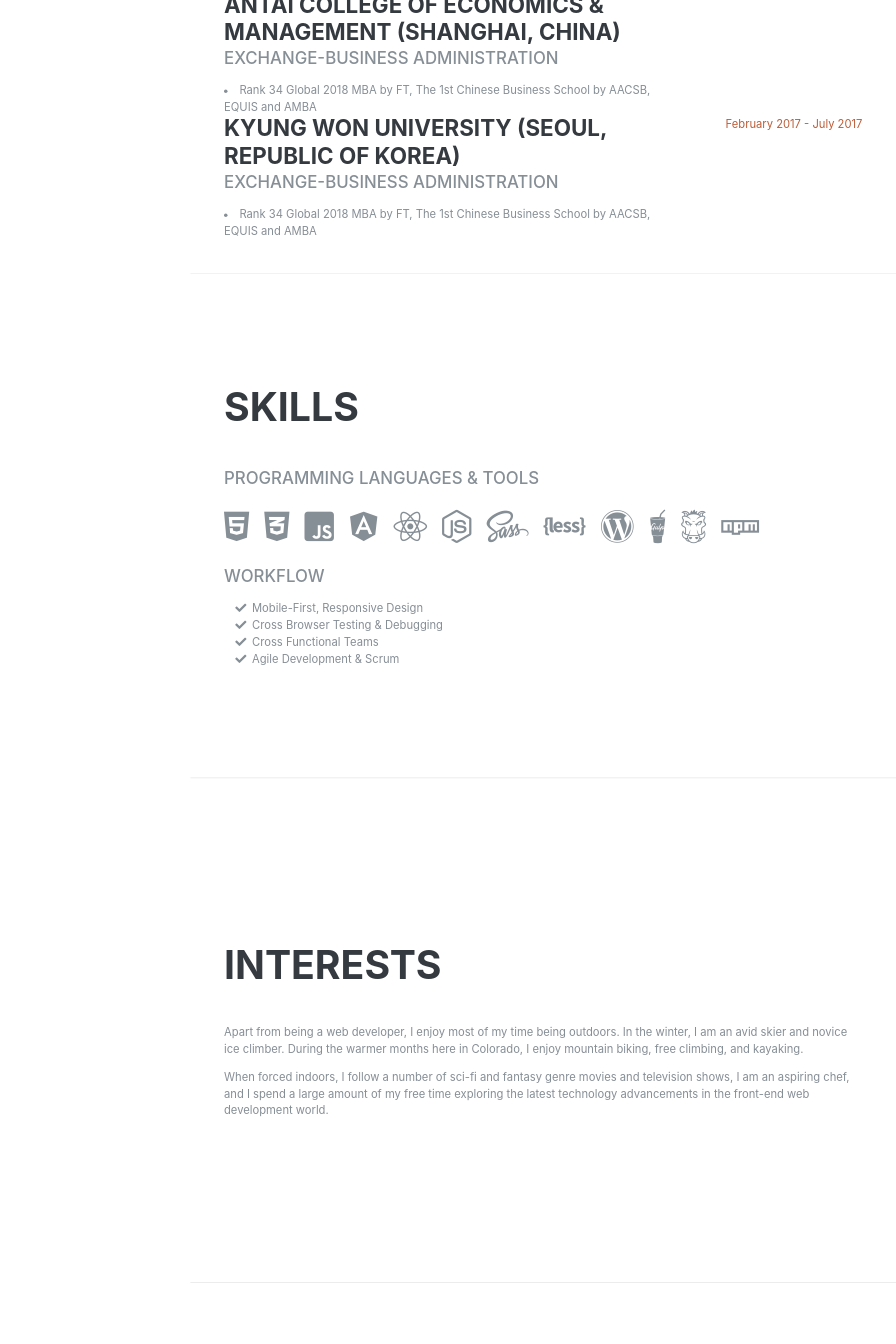
Repository: BeenOH/OHBIN.github.io
Page: index.html
The author's editor kept a record of every edit. The page is drawn from the files as they stood at one moment, then again after the next edit.
The browser window is 1280 px wide. The pictures show the part of the page from y = 2647 to 4567 px (the page is 5200 px tall before and 5260 px after), at 70% of full size.
Some web fonts or font styles are not loaded; a fallback is used.

Above is the page before.

After the next edit:
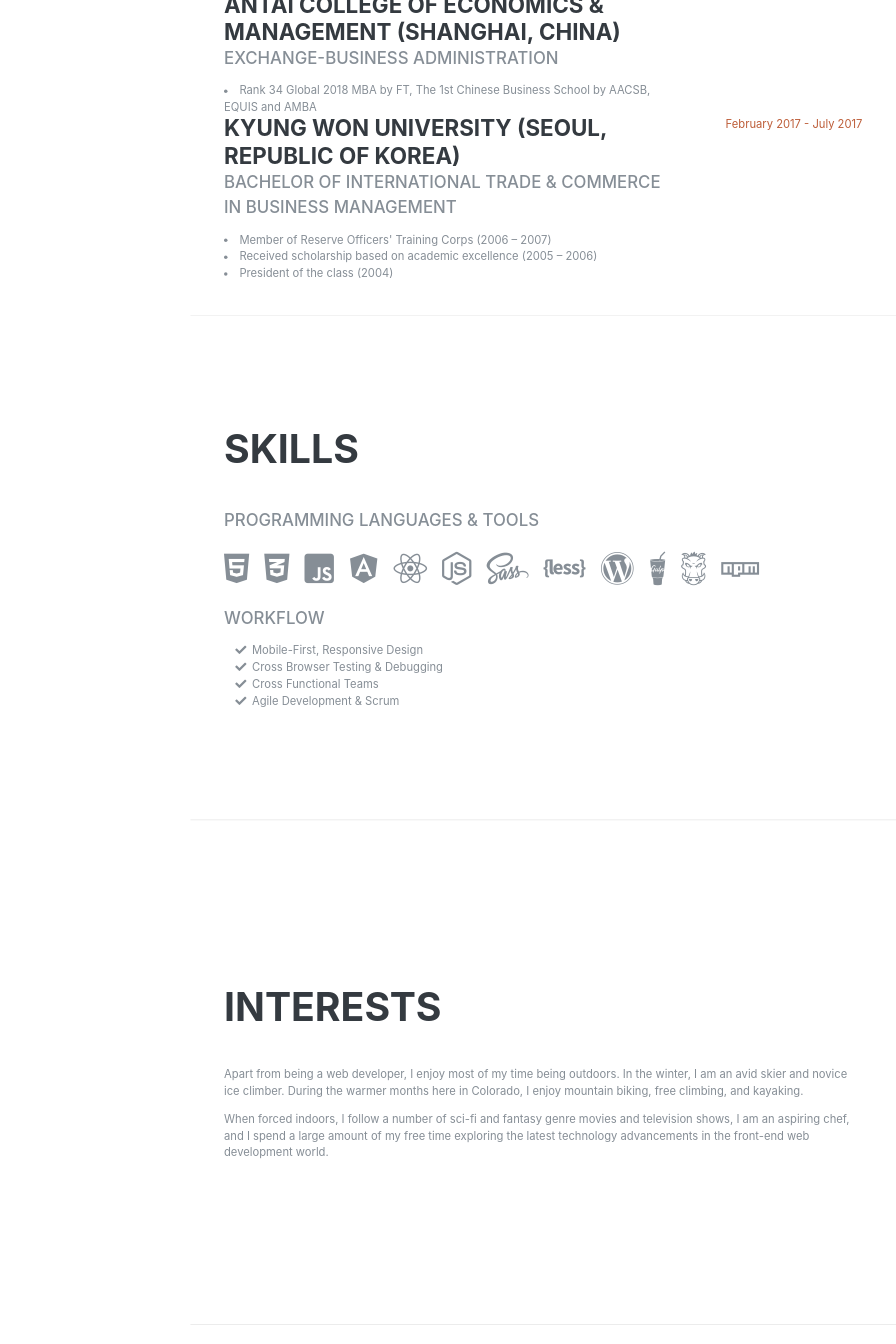
The edit:
--- a/index.html
+++ b/index.html
@@ -172,8 +172,10 @@
         <div class="resume-item d-flex flex-column flex-md-row justify-content-between">
           <div class="resume-content">
             <h3 class="mb-0">KYUNG WON UNIVERSITY (Seoul, Republic of Korea)</h3>
-            <div class="subheading mb-3">Exchange-Business Administration</div>
-            <li>Rank 34 Global 2018 MBA by FT, The 1st Chinese Business School by AACSB, EQUIS and AMBA</li>
+            <div class="subheading mb-3">Bachelor of International Trade & Commerce in Business Management</div>
+            <li>Member of Reserve Officers' Training Corps (2006 – 2007)</li>
+            <li>Received scholarship based on academic excellence (2005 – 2006)</li>
+            <li>President of the class (2004)</li>
           </div>
           <div class="resume-date text-md-right">
             <span class="text-primary">February 2017 - July 2017</span>
